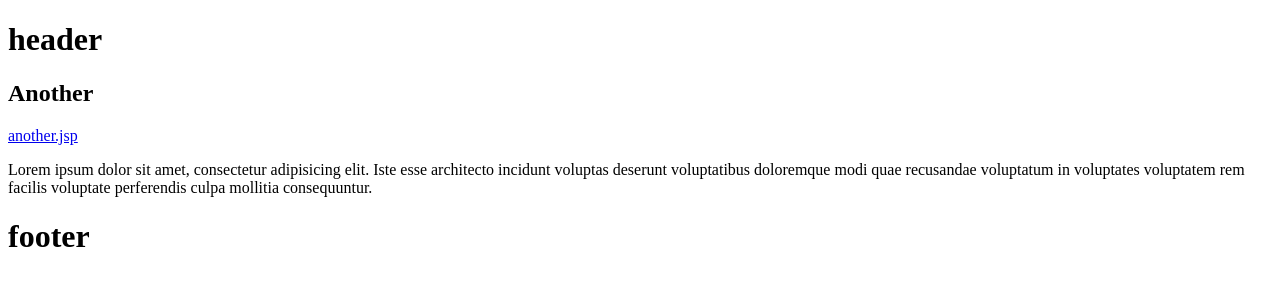
Repository: kianpas/KH_Server
Page: http://localhost/01_helloweb/jsp/another.jsp
An editor plug-in stored every save of this project. The page is shown before and after the next save, followed by the edit.
The browser window is 1280 px wide. The pictures show the whole page.
The page is served by Tomcat 9.

Above is the page before, as saved 2021-03-24 12:44:50.

After the next save:
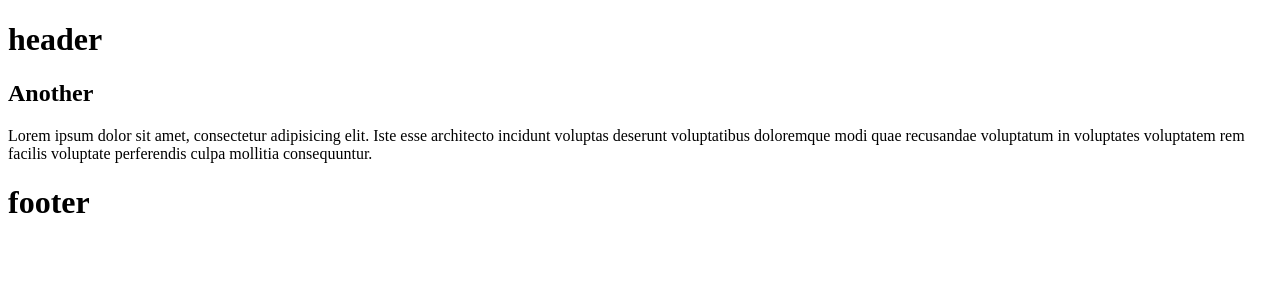
Saved 54 min 28 s later.
--- a/01_helloweb/WebContent/jsp/another.jsp
+++ b/01_helloweb/WebContent/jsp/another.jsp
@@ -3,7 +3,7 @@
 
 <%@ include file="/jsp/header.jsp" %>
 		<h1>Another</h1>
-		<a href="/web/jsp/another.jsp">another.jsp</a>
+
 		<p>Lorem ipsum dolor sit amet, consectetur adipisicing elit. Iste
 			esse architecto incidunt voluptas deserunt voluptatibus doloremque
 			modi quae recusandae voluptatum in voluptates voluptatem rem facilis
